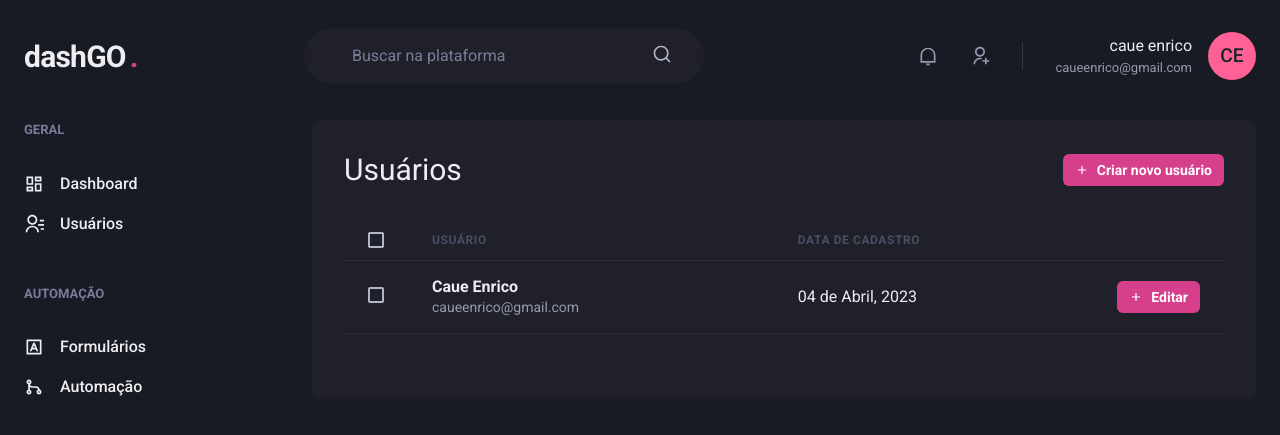
Repository: caueenrico/DashGO
Page: /user
The author's editor kept a copy of each file at every save. The page is drawn from the files as they stood at one save, then again after the next save.
The browser window is 1280 px wide. The pictures show the whole page.
The project was rebuilt for these pictures with package versions that can differ from the ones it lists, and the page was loaded fresh each time. The framework's server and built-in components were replaced by stand-ins that run in the browser. Also part of the build but not shown: next.config.js.

Above is the page before, as saved 2023-03-15 10:57:50.

After the next save:
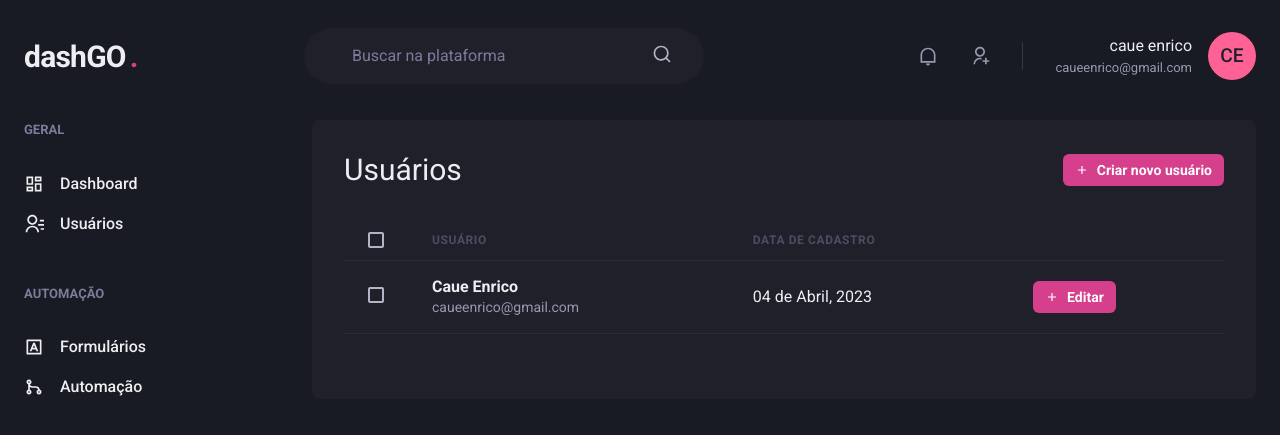
Saved 10 s later.
--- a/src/pages/user/index.tsx
+++ b/src/pages/user/index.tsx
@@ -30,7 +30,7 @@ export default function UserList() {
                 </Th>
                 <Th>Usuário</Th>
                 <Th>Data de cadastro</Th>
-                <Th w="8"></Th>
+                <Th ></Th>
               </Tr>
             </Thead>
 
